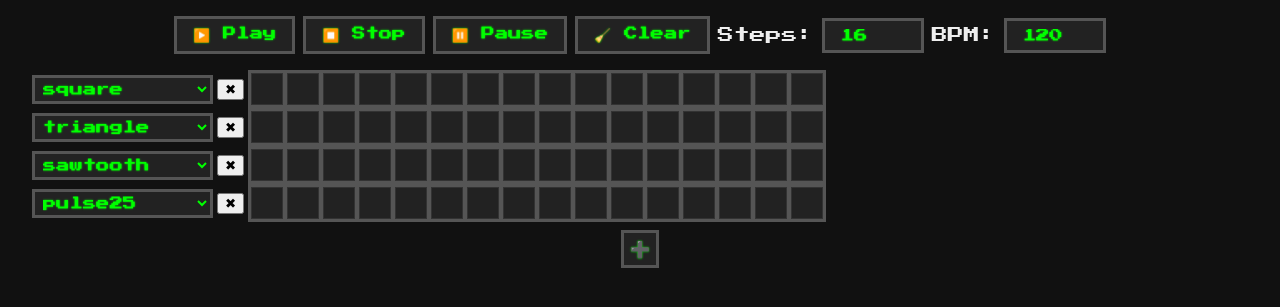
Repository: Aldentec/8-bit-Composer
Page: index.html
These files come from the project's save history. The page is drawn as it stood at one moment and after the next save; the edit follows.
The browser window is 1280 px wide. The pictures show the whole page.
Some web libraries are served in a nearby version.

Above is the page before, as saved 2025-05-28 16:19:52.

After the next save:
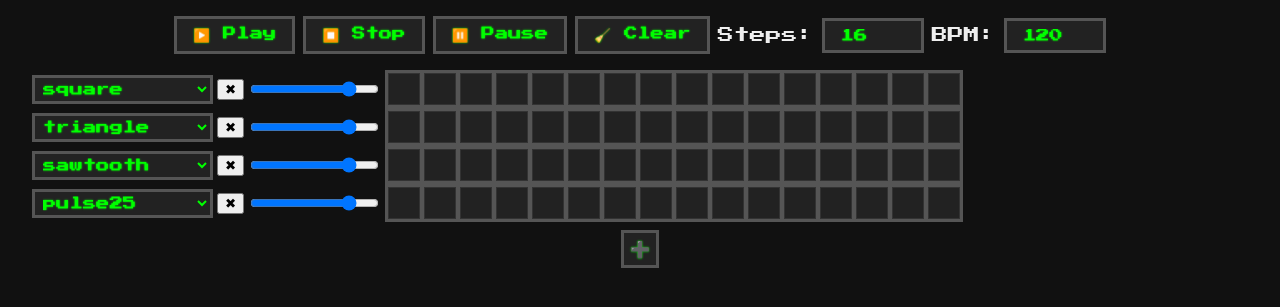
Saved 2 min 39 s later.
--- a/js/grid.js
+++ b/js/grid.js
@@ -1,10 +1,11 @@
 // js/grid.js
 
 // Sequencer dimensions and state (set in initGrid)
-export let STEPS     = 16;
-export let CHANNELS  = 0;
-export let gridState = [];   // boolean on/off per [row][step]
-export let noteState = [];   // note string per [row][step]
+export let STEPS       = 16;
+export let CHANNELS    = 0;
+export let gridState   = [];   // boolean on/off per [row][step]
+export let noteState   = [];   // note string per [row][step]
+export let volumeState = [];   // 0.0–1.0 per [row]
 
 /**
  * A master list of all available instrument types for the dropdowns.
@@ -16,39 +17,34 @@ export const INSTRUMENT_OPTIONS = [
 ];
 
 /**
- * Renders a scrollable sequencer grid with:
- *  • a dropdown per row for instrument selection
- *  • a ✖ “remove” button next to each dropdown
- *  • left-click toggles a cell on/off, stamping it with its note (default "C4")
- *  • right-click prompts to edit that cell’s note
- *  • a “➕” button below to add more rows
- *
- * Preserves existing gridState/noteState when rows or steps change.
- *
- * @param {string} containerId       id of the <div> to fill
- * @param {string[]} instrumentTypes initial instrument type per row
- * @param {number} steps             number of columns
+ * Renders the sequencer:
+ *  • dropdown + remove-row button + volume slider + STEPS cells per row
+ *  • merges old grid/note/volume state so nothing gets wiped when you add/remove rows or change steps
+ *  • left-click toggles a cell on/off (stamping its note)
+ *  • right-click edits the cell’s note via prompt
  */
 export function initGrid(containerId, instrumentTypes = [], steps = 16) {
-  // Merge old state
-  const oldGrid = gridState;
-  const oldNotes = noteState;
-  const oldRows = oldGrid.length;
-  const oldCols = oldGrid[0]?.length || 0;
+  // merge previous state
+  const oldG = gridState, oldN = noteState, oldV = volumeState;
+  const oldR = oldG.length, oldC = oldG[0]?.length || 0;
 
   CHANNELS = instrumentTypes.length;
   STEPS    = steps;
 
-  // Rebuild gridState & noteState merging old values
+  // rebuild on/off and note arrays
   gridState = Array.from({ length: CHANNELS }, (_, r) =>
     Array.from({ length: STEPS }, (_, c) =>
-      r < oldRows && c < oldCols ? oldGrid[r][c] : false
+      r < oldR && c < oldC ? oldG[r][c] : false
     )
   );
   noteState = Array.from({ length: CHANNELS }, (_, r) =>
     Array.from({ length: STEPS }, (_, c) =>
-      r < oldRows && c < oldCols ? oldNotes[r][c] : 'C4'
+      r < oldR && c < oldC ? oldN[r][c] : 'C4'
     )
+  );
+  // rebuild per-row volumes (default to 0.8)
+  volumeState = Array.from({ length: CHANNELS }, (_, r) =>
+    r < oldV.length ? oldV[r] : 0.8
   );
 
   const container = document.getElementById(containerId);
@@ -57,16 +53,15 @@ export function initGrid(containerId, instrumentTypes = [], steps = 16) {
   instrumentTypes.forEach((initialType, row) => {
     const rowEl = document.createElement('div');
     rowEl.className = 'grid-row';
-    // columns: dropdown, remove-btn, then STEPS cells
-    rowEl.style.gridTemplateColumns = `auto auto repeat(${STEPS}, 2rem)`;
+    // dropdown | remove | slider | STEPS cells
+    rowEl.style.gridTemplateColumns = `auto auto auto repeat(${STEPS}, 2rem)`;
 
-    // 1) Instrument dropdown
+    // 1️⃣ Instrument select
     const select = document.createElement('select');
     select.className = 'instrument-select';
     INSTRUMENT_OPTIONS.forEach(type => {
       const opt = document.createElement('option');
-      opt.value = type;
-      opt.textContent = type;
+      opt.value = opt.textContent = type;
       if (type === initialType) opt.selected = true;
       select.append(opt);
     });
@@ -77,32 +72,47 @@ export function initGrid(containerId, instrumentTypes = [], steps = 16) {
     });
     rowEl.append(select);
 
-    // 2) Remove-row button
+    // 2️⃣ Remove-row button
     const removeBtn = document.createElement('button');
     removeBtn.className = 'remove-row-btn';
     removeBtn.textContent = '✖';
-    removeBtn.title = 'Remove this row';
+    removeBtn.title = 'Remove row';
     removeBtn.addEventListener('click', e => {
-      e.stopPropagation(); // don't toggle a cell!
+      e.stopPropagation();
       document.dispatchEvent(new CustomEvent('removeRowClicked', {
         detail: { row }
       }));
     });
     rowEl.append(removeBtn);
 
-    // 3) Sequencer cells
+    // 3️⃣ Volume slider
+    const vol = document.createElement('input');
+    vol.type      = 'range';
+    vol.min       = 0;
+    vol.max       = 1;
+    vol.step      = 0.01;
+    vol.value     = volumeState[row];
+    vol.className = 'volume-slider';
+    vol.title     = 'Volume';
+    vol.addEventListener('input', e => {
+      document.dispatchEvent(new CustomEvent('volumeChanged', {
+        detail: { row, volume: parseFloat(e.target.value) }
+      }));
+    });
+    rowEl.append(vol);
+
+    // 4️⃣ Sequencer cells
     for (let step = 0; step < STEPS; step++) {
       const cell = document.createElement('div');
       cell.className = 'cell';
       cell.dataset.row  = row;
       cell.dataset.step = step;
-      // restore UI if previously active
       if (gridState[row][step]) {
         cell.classList.add('active');
         cell.textContent = noteState[row][step];
       }
 
-      // left-click: toggle and stamp note
+      // toggle on/off, stamping the note
       cell.addEventListener('click', () => {
         if (!gridState[row][step]) {
           gridState[row][step] = true;
@@ -115,16 +125,14 @@ export function initGrid(containerId, instrumentTypes = [], steps = 16) {
         }
       });
 
-      // right-click: prompt to edit the note
+      // edit note
       cell.addEventListener('contextmenu', e => {
         e.preventDefault();
         const current = noteState[row][step];
         const newNote = prompt('Enter note (e.g. C4, A#3):', current);
         if (newNote) {
           noteState[row][step] = newNote;
-          if (gridState[row][step]) {
-            cell.textContent = newNote;
-          }
+          if (gridState[row][step]) cell.textContent = newNote;
         }
       });
 
@@ -134,7 +142,7 @@ export function initGrid(containerId, instrumentTypes = [], steps = 16) {
     container.append(rowEl);
   });
 
-  // ➕ Add-row button below the grid
+  // ➕ Add-row button
   const addRowEl = document.createElement('div');
   addRowEl.className = 'add-row';
   addRowEl.textContent = '➕';
@@ -149,9 +157,10 @@ export function initGrid(containerId, instrumentTypes = [], steps = 16) {
  * Clears all active steps in both state and UI.
  */
 export function clearGrid() {
-  gridState.forEach(rowArr => rowArr.fill(false));
-  document.querySelectorAll('.cell.active').forEach(cell => {
-    cell.classList.remove('active');
-    cell.textContent = '';
-  });
+  gridState.forEach(row => row.fill(false));
+  document.querySelectorAll('.cell.active')
+    .forEach(cell => {
+      cell.classList.remove('active');
+      cell.textContent = '';
+    });
 }
